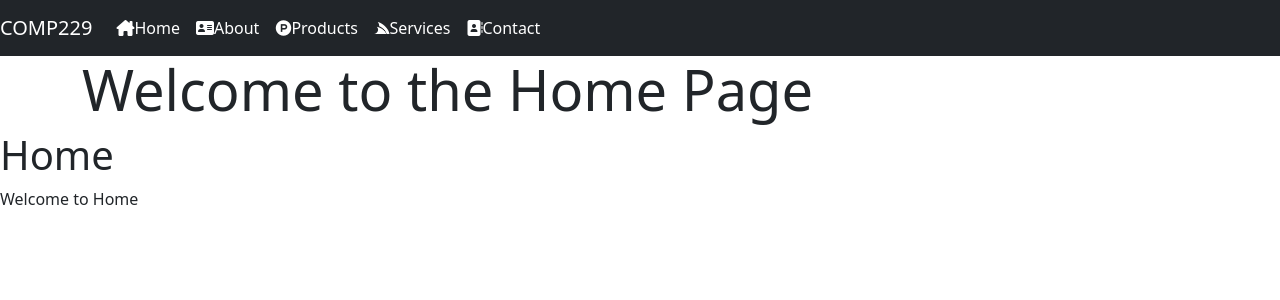
Repository: BlessingAjiboye/WEEK52023W
Page: http://localhost/
An editor plug-in stored every save of this project. The page is shown before and after a run of saves, followed by the edit.
The browser window is 1280 px wide. The pictures show the whole page.
The page is served by the project's Node server (server.js). Other server files are loaded and not shown.

Above is the page before, as saved 2023-01-26 11:33:18.

### views/index.ejs
<!DOCTYPE html>
<html lang="en">
<head>
  <meta charset="UTF-8">
  <meta http-equiv="X-UA-Compatible" content="IE=edge">
  <meta name="viewport" content="width=device-width, initial-scale=1.0">
  <title><%= title %></title>
  <!--css section-->
  <link rel="stylesheet" href="/bootstrap/dist/css/bootstrap.min.css"/>
  <link rel="stylesheet" href="/@fortawesome/fontawesome-free/css/all.min.css"/>

  <link rel='stylesheet' href='/Content/app.css' />
</head>
<body>
  <!--Main Nav Navigation-->
  <nav class="navbar navbar-expand-lg navbar-dark bg-dark">
  <!--<div class="container-fluid">-->
    <a class="navbar-brand" href="#">COMP229</a>
    <button class="navbar-toggler" type="button" data-toggle="collapse" data-target="#navbarSupportedContent" aria-controls="navbarSupportedContent" aria-expanded="false" aria-label="Toggle navigation">
      <span class="navbar-toggler-icon"></span>
    </button>
    <div class="collapse navbar-collapse" id="navbarSupportedContent">
      <ul class="navbar-nav ml-auto">
        <% if(title=="Home"){%>
        <li class="nav-item active">
          <%}else{%>
            <li class="nav-item">
              <%}%>
          <a class="nav-link active" aria-current="page" href="/home"><i class="fa-solid fa-house-chimney"></i>Home</a>
        </li>
        <% if(title=="Home"){%>
        <li class="nav-item active">
          <%}else{%>
            <li class="nav-item">
              <%}%>
          <a class="nav-link active" aria-current="page" href="/about"><i class="fa-solid fa-address-card"></i>About</a>
        </li>
        <% if(title=="Home"){%>
        <li class="nav-item active">
           <%}else{%>
            <li class="nav-item">
              <%}%>
          <a class="nav-link active" aria-current="page" href="/products"><i class="fa-brands fa-product-hunt"></i>Products</a>
        </li>
        <% if(title=="Home"){%>
        <li class="nav-item active">
          <%}else{%>
            <li class="nav-item">
              <%}%>
          <a class="nav-link active" aria-current="page" href="/services"><i class="fa-brands fa-servicestack"></i>Services</a>
        </li>
        <% if(title=="Home"){%>
        <li class="nav-item active">
           <%}else{%>
            <li class="nav-item">
              <%}%>
          <a class="nav-link active" aria-current="page" href="/contact"><i class="fa-solid fa-address-book"></i>Contact</a>
        </li>


    <!--</div>-->
  </div>
</nav>
<main class="container">
  <div class="jumbotron">
    <h1 class="display-4">Welcome to the <%= title %> Page</h1>
    </div>
  </main>
   <h1><%= title %></h1>
   <p>Welcome to <%= title %></p>
   <!--Script section-->
   <script src="/jquery/dist/jquery.min.js"></script>
   <script src="/bootstrap/dist/js/bootstrap.min.js"></script>
    <script src="/Scripts/app.js"></script>

</body>
</html>

### server.js
#!/usr/bin/env node

/**
 * Module dependencies.
 */

var app = require('./app');
var debug = require('debug')('week3:server');
var http = require('http');

/**
 * Get port from environment and store in Express.
 */

var port = normalizePort(process.env.PORT || '3000');
app.set('port', port);

/**
 * Create HTTP server.
 */

var server = http.createServer(app);

/**
 * Listen on provided port, on all network interfaces.
 */

server.listen(port);
server.on('error', onError);
server.on('listening', onListening);

/**
 * Normalize a port into a number, string, or false.
 */

function normalizePort(val) {
  var port = parseInt(val, 10);

  if (isNaN(port)) {
    // named pipe
    return val;
  }

  if (port >= 0) {
    // port number
    return port;
  }

  return false;
}

/**
 * Event listener for HTTP server "error" event.
 */

function onError(error) {
  if (error.syscall !== 'listen') {
    throw error;
  }

  var bind = typeof port === 'string'
    ? 'Pipe ' + port
    : 'Port ' + port;

  // handle specific listen errors with friendly messages
  switch (error.code) {
    case 'EACCES':
      console.error(bind + ' requires elevated privileges');
      process.exit(1);
      break;
    case 'EADDRINUSE':
      console.error(bind + ' is already in use');
      process.exit(1);
      break;
    default:
      throw error;
  }
}

/**
 * Event listener for HTTP server "listening" event.
 */

function onListening() {
  var addr = server.address();
  var bind = typeof addr === 'string'
    ? 'pipe ' + addr
    : 'port ' + addr.port;
  debug('Listening on ' + bind);
}

### routes/index.js
var express = require('express');
var router = express.Router();

/* GET home page. */
router.get('/', function(req, res, next) {
  res.render('index', { title: 'Home' });
});

router.get('/about', function(req, res, next) {
  res.render('index', { title: 'About' });
});
router.get('/products', function(req, res, next) {
  res.render('index', { title: 'Products' });
});
router.get('/contact', function(req, res, next) {
  res.render('index', { title: 'Contact' });
});
router.get('/services', function(req, res, next) {
  res.render('index', { title: 'Services' });
});

module.exports = router;

### app.js
let createError = require('http-errors');
let express = require('express');
let path = require('path');
let cookieParser = require('cookie-parser');
let logger = require('morgan');

let indexRouter = require('./routes/index');
let usersRouter = require('./routes/users');

let app = express();

// view engine setup
app.set('views', path.join(__dirname, 'views'));
app.set('view engine', 'ejs');

app.use(logger('dev'));
app.use(express.json());
app.use(express.urlencoded({ extended: false }));
app.use(cookieParser());
app.use(express.static(path.join(__dirname, 'public')));
app.use(express.static(path.join(__dirname, 'node_modules')));

app.use('/', indexRouter);
app.use('/users', usersRouter);

// catch 404 and forward to error handler
app.use(function(req, res, next) {
  next(createError(404));
});

// error handler
app.use(function(err, req, res, next) {
  // set locals, only providing error in development
  res.locals.message = err.message;
  res.locals.error = req.app.get('env') === 'development' ? err : {};

  // render the error page
  res.status(err.status || 500);
  res.render('error');
});

module.exports = app;

### public/Content/app.css

/*Custom css goes here*/

### public/Scripts/app.js
(function () {
    function start() {
        console.log("App Started...");
    }
    window.addEventListener("load", start);
})();

After the next 3 saves:
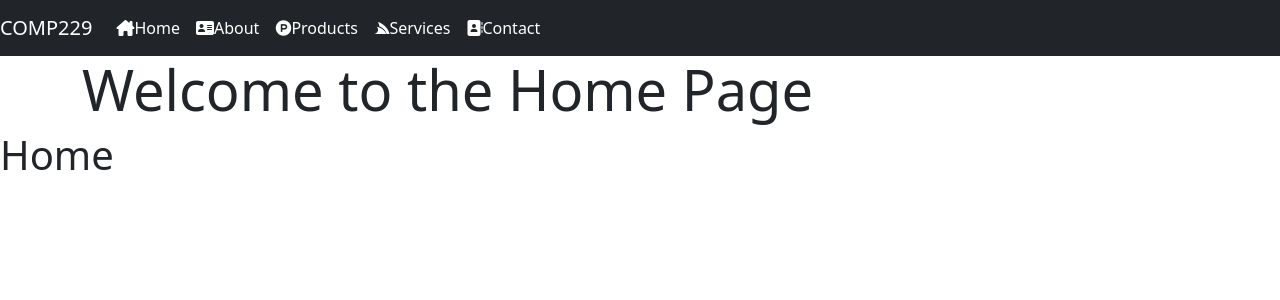
The 3 saves are shown as one change because they came seconds apart.
The last was saved 20 s later.
--- a/views/index.ejs
+++ b/views/index.ejs
@@ -67,7 +67,7 @@
     </div>
   </main>
    <h1><%= title %></h1>
-   <p>Welcome to <%= title %></p>
+   <!--<p>Welcome to <%= title %></p>
    <!--Script section-->
    <script src="/jquery/dist/jquery.min.js"></script>
    <script src="/bootstrap/dist/js/bootstrap.min.js"></script>
